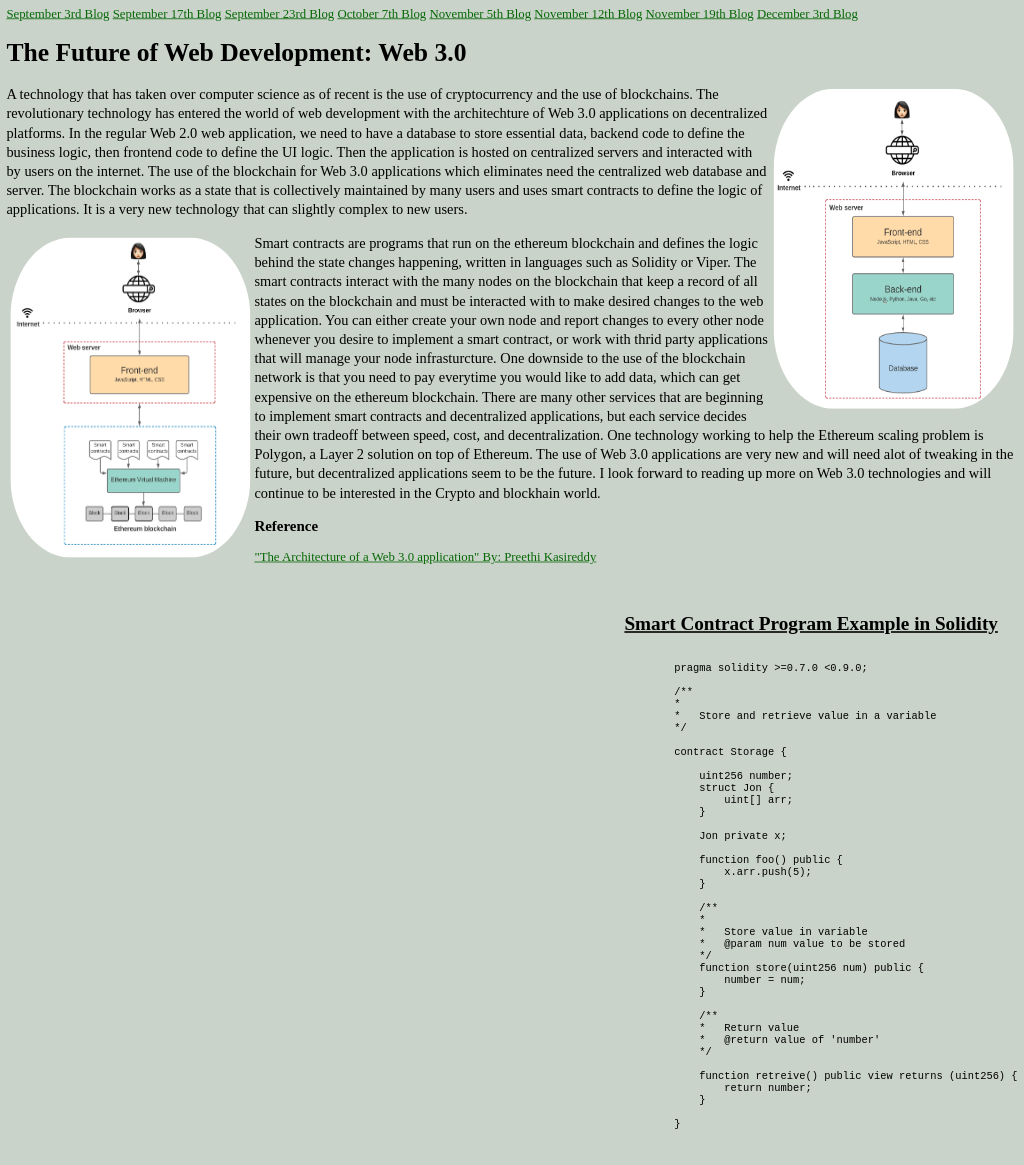
Repository: alharama/WebBlog
Page: Dec_3rd.html
These files come from the project's save history. The page is drawn as it stood at one moment and after the next save; the edit follows.
The browser window is 1280 px wide. The pictures show the whole page, at 80% of full size.

Above is the page before, as saved 2021-12-02 23:07:02.

### Dec_3rd.html
<!DOCTYPE html>
<html>
  <head>
    <a href="index.html"> September 3rd Blog</a>
    <a href="second_blog.html"> September 17th Blog</a>
    <a href="Sept_23.html"> September 23rd Blog</a>
    <a href="Oct_7.html"> October 7th Blog</a>
    <a href="Nov_5.html"> November 5th Blog</a>
    <a href="Nov_12.html"> November 12th Blog</a>
    <a href="Nov_19.html"> November 19th Blog</a>
    <a href="Dec_3rd.html"> December 3rd Blog</a>

    <title>December 3rd Blog</title>

    <style>
      a {
        text-decoration: underline;
        color: rgb(5, 104, 5);
      }
      a:visited {
        text-decoration: none;
      }

      h2 {
        text-decoration: underline;
      }

      #writeup {
        text-indent: 30px;
      }

      body {
        background-color: rgba(190, 201, 190, 0.808);
      }

      body > .writeup {
        font-size: 18px;
        line-height: 24px;
      }

      img {
        margin: 5px;
        height: 400px;
        width: 300px;
        border-radius: 25%;
      }
      #web2 {
        float: right;
      }

      #web3 {
        float: left;
      }

      body > #example_code {
        padding-top: 100px;
        float: right;
      }
    </style>
  </head>

  <body>
    <h1>The Future of Web Development: Web 3.0</h1>

    <img src="web2.png" id="web2" alt="web 2.0 graphic" />
    <p class="writeup">
      A technology that has taken over computer science as of recent is the use
      of cryptocurrency and the use of blockchains. The revolutionary technology
      has entered the world of web development with the architechture of Web 3.0
      applications on decentralized platforms. In the regular Web 2.0 web
      application, we need to have a database to store essential data, backend
      code to define the business logic, then frontend code to define the UI
      logic. Then the application is hosted on centralized servers and
      interacted with by users on the internet. The use of the blockchain for
      Web 3.0 applications which eliminates need the centralized web database
      and server. The blockchain works as a state that is collectively
      maintained by many users and uses smart contracts to define the logic of
      applications. It is a very new technology that can slightly complex to new
      users.
    </p>

    <img src="web3.png" id="web3" alt="web 3.0 graphic" />
    <p class="writeup">
      Smart contracts are programs that run on the ethereum blockchain and
      defines the logic behind the state changes happening, written in languages
      such as Solidity or Viper. The smart contracts interact with the many
      nodes on the blockchain that keep a record of all states on the blockchain
      and must be interacted with to make desired changes to the web
      application. You can either create your own node and report changes to
      every other node whenever you desire to implement a smart contract, or
      work with thrid party applications that will manage your node
      infrasturcture. One downside to the use of the blockchain network is that
      you need to pay everytime you would like to add data, which can get
      expensive on the ethereum blockchain. There are many other services that
      are beginning to implement smart contracts and decentralized applications,
      but each service decides their own tradeoff between speed, cost, and
      decentralization. One technology working to help the Ethereum scaling
      problem is Polygon, a Layer 2 solution on top of Ethereum. The use of Web
      3.0 applications are very new and will need alot of tweaking in the
      future, but decentralized applications seem to be the future. I look
      forward to reading up more on Web 3.0 technologies and will continue to be
      interested in the Crypto and blockhain world.
    </p>

    <div id="example_code">
      <h2>Smart Contract Program Example in Solidity</h2>

      <pre>

        pragma solidity >=0.7.0 <0.9.0;

        /**
        *
        *   Store and retrieve value in a variable
        */

        contract Storage {

            uint256 number;
            struct Jon {
                uint[] arr;
            }

            Jon private x;

            function foo() public {
                x.arr.push(5);
            }

            /**
            *
            *   Store value in variable
            *   @param num value to be stored
            */
            function store(uint256 num) public {
                number = num;
            }

            /**
            *   Return value
            *   @return value of 'number'
            */

            function retreive() public view returns (uint256) {
                return number;
            }

        }

    </pre
      >
    </div>

    <h3>Reference</h3>

    <a
      href="https://www.preethikasireddy.com/post/the-architecture-of-a-web-3-0-application"
    >
      "The Architecture of a Web 3.0 application" By: Preethi Kasireddy
    </a>
  </body>
</html>

After the next save:
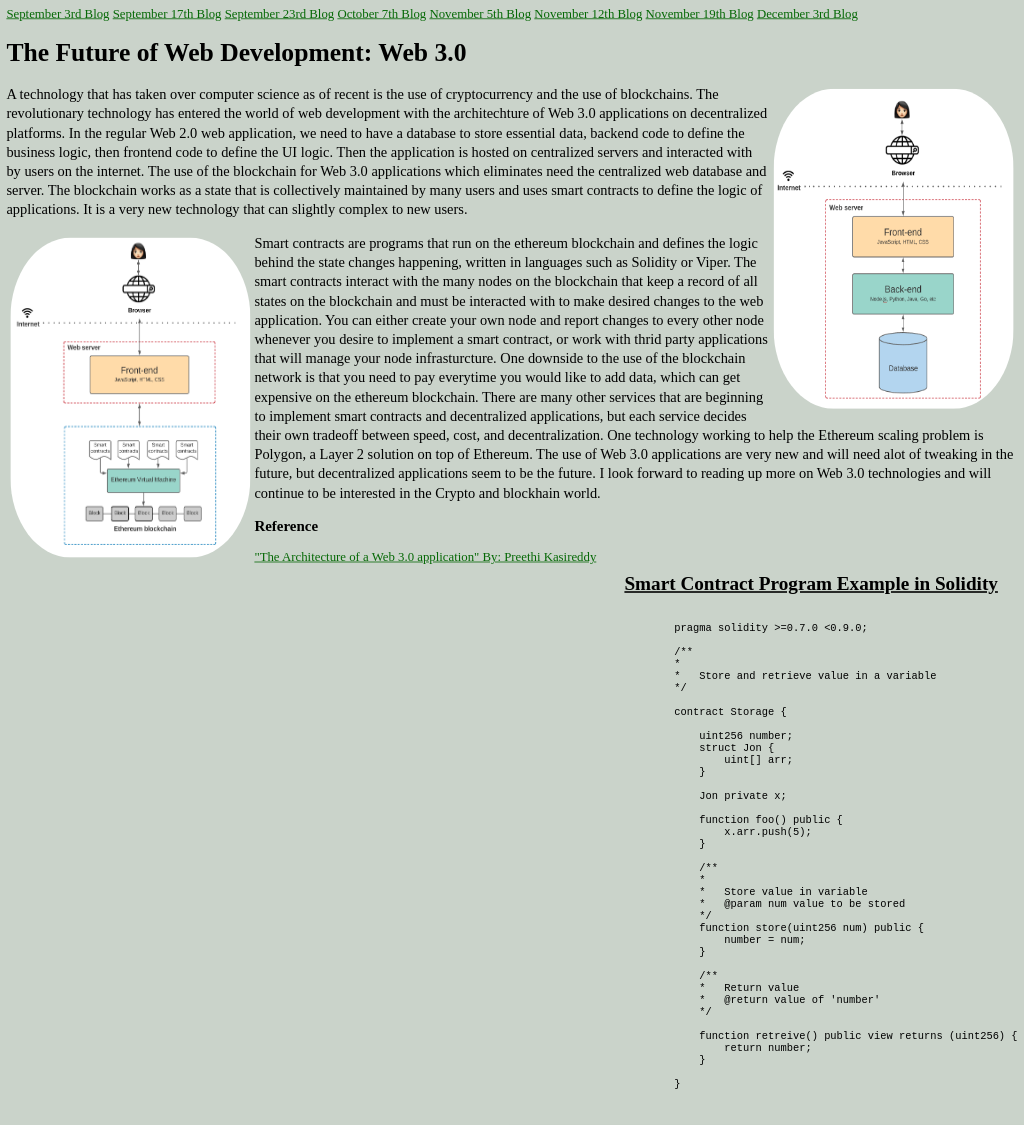
Saved 6 s later.
--- a/Dec_3rd.html
+++ b/Dec_3rd.html
@@ -53,7 +53,7 @@
       }
 
       body > #example_code {
-        padding-top: 100px;
+        padding-top: 50px;
         float: right;
       }
     </style>
